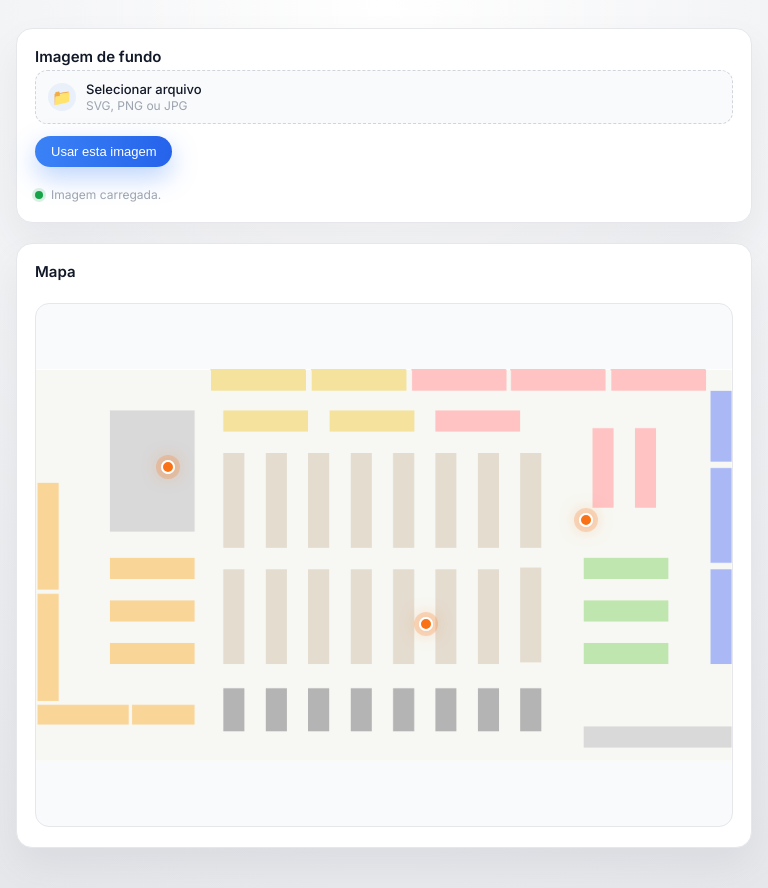
Repository: joaopanceri/mqtt-mapa-flask
Page: http://localhost/
An editor plug-in stored every save of this project. The page is shown before and after the next save, followed by the edit.
The browser window is 768 px wide. The pictures show the whole page.
The page is served by the project's application, run on Flask 3 (app.py).

Above is the page before, as saved 2025-11-20 15:19:53.

### templates/index.html
<!doctype html>
<html lang="pt-BR">
<head>
  <meta charset="utf-8">
  <title>Mapa</title>
  <meta name="viewport" content="width=device-width, initial-scale=1">

  <!-- Fonte moderna -->
  <link rel="preconnect" href="https://fonts.googleapis.com">
  <link rel="preconnect" href="https://fonts.gstatic.com" crossorigin>
  <link href="https://fonts.googleapis.com/css2?family=Inter:wght@400;500;600&display=swap" rel="stylesheet">

  <link rel="stylesheet" href="{{ url_for('static', filename='css/style.css') }}">
</head>
<body>
  <div class="app-shell">

    <main class="app-main">
      <!-- Barra de upload em cima do mapa -->
      <section class="card card-config">
        <h2 class="card-title">Imagem de fundo</h2>

        <form action="{{ url_for('index') }}" method="post" enctype="multipart/form-data"
              class="upload-form upload-form-inline">
          <label for="background" class="upload-label">
            <div class="upload-icon">📁</div>
            <div class="upload-texts">
              <span class="upload-label-title">Selecionar arquivo</span>
              <span class="upload-label-subtitle">SVG, PNG ou JPG</span>
            </div>
          </label>

          <input
            type="file"
            id="background"
            name="background"
            accept=".svg,.png,.jpg,.jpeg"
            required
          >

          <button type="submit" class="btn-primary">
            Usar esta imagem
          </button>

          <div class="current-image-info current-image-inline">
            {% if background_url %}
              <span class="dot dot-success"></span>
              <span>Imagem carregada.</span>
            {% else %}
              <span class="dot dot-muted"></span>
              <span>Nenhuma imagem.</span>
            {% endif %}
          </div>
        </form>
      </section>

      <!-- Mapa abaixo -->
      <section class="card card-map">
        <div class="card-header-row">
          <h2 class="card-title">Mapa</h2>
        </div>

        <div class="map-wrapper">
          <div class="map-container">
            {% if background_url %}
              <div class="map-background"
                   style="background-image: url('{{ background_url }}');">
              </div>
            {% else %}
              <div class="map-background placeholder">
                <div class="placeholder-content">
                  <div class="placeholder-icon">🗺️</div>
                  <p>Envie uma imagem acima para visualizar aqui.</p>
                </div>
              </div>
            {% endif %}

            <!-- Camada das antenas (exemplo visual) -->
            <div class="antennas-layer">
              <div class="antenna" style="left: 18%; top: 30%;"></div>
              <div class="antenna" style="left: 55%; top: 60%;"></div>
              <div class="antenna" style="left: 78%; top: 40%;"></div>
            </div>
          </div>
        </div>
      </section>
    </main>
  </div>
</body>
</html>

### app.py
import os
from flask import Flask, render_template, request, redirect, url_for
from werkzeug.utils import secure_filename

BASE_DIR = os.path.abspath(os.path.dirname(__file__))

app = Flask(__name__, static_folder="static", static_url_path="/static")

UPLOAD_FOLDER = os.path.join(BASE_DIR, "static", "uploads")
ALLOWED_EXTENSIONS = {"png", "jpg", "jpeg", "svg"}

os.makedirs(UPLOAD_FOLDER, exist_ok=True)
app.config["UPLOAD_FOLDER"] = UPLOAD_FOLDER
# Se quiser limitar tamanho depois, pode voltar com MAX_CONTENT_LENGTH


def allowed_file(filename: str) -> bool:
    return "." in filename and filename.rsplit(".", 1)[1].lower() in ALLOWED_EXTENSIONS


def get_current_background():
    """Retorna o arquivo mais recente na pasta uploads, se existir."""
    files = [
        f for f in os.listdir(UPLOAD_FOLDER)
        if os.path.isfile(os.path.join(UPLOAD_FOLDER, f))
    ]
    if not files:
        return None

    files = sorted(
        files,
        key=lambda f: os.path.getmtime(os.path.join(UPLOAD_FOLDER, f)),
        reverse=True,
    )
    return files[0]


@app.route("/", methods=["GET", "POST"])
def index():
    if request.method == "POST":
        file = request.files.get("background")

        # Nenhum arquivo selecionado
        if file is None or file.filename == "":
            return redirect(url_for("index"))

        if allowed_file(file.filename):
            # Sempre sobrescreve com um nome padrão (facilita debugging)
            ext = file.filename.rsplit(".", 1)[1].lower()
            filename = secure_filename(f"background.{ext}")
            save_path = os.path.join(app.config["UPLOAD_FOLDER"], filename)
            file.save(save_path)

        return redirect(url_for("index"))

    current_bg = get_current_background()
    background_url = (
        url_for("static", filename=f"uploads/{current_bg}") if current_bg else None
    )

    return render_template("index.html", background_url=background_url)


if __name__ == "__main__":
    app.run(debug=True)

### static/css/style.css
:root {
  --bg-body: #f3f4f6;
  --bg-card: #ffffff;
  --border-subtle: #e5e7eb;
  --border-strong: #d1d5db;
  --accent: #3b82f6;
  --accent-soft: rgba(59, 130, 246, 0.08);
  --accent-strong: #2563eb;
  --text-main: #111827;
  --text-muted: #6b7280;
  --text-soft: #9ca3af;
  --success: #16a34a;
  --radius-lg: 16px;
  --radius-full: 999px;
  --shadow-soft: 0 18px 40px rgba(15, 23, 42, 0.06);
}

/* ===== Reset leve ===== */
*,
*::before,
*::after {
  box-sizing: border-box;
}

body {
  margin: 0;
  min-height: 100vh;
  font-family: "Inter", system-ui, -apple-system, BlinkMacSystemFont, "Segoe UI",
    sans-serif;
  background: radial-gradient(circle at top, #ffffff 0, #f3f4f6 40%, #e5e7eb 100%);
  color: var(--text-main);
}

/* ===== Shell geral do app ===== */
.app-shell {
  max-width: 1150px;
  margin: 0 auto;
  padding: 28px 16px 40px;
}

/* ===== Layout principal ===== */
.app-main {
  display: grid;
  grid-template-columns: minmax(0, 1.05fr) minmax(0, 1.7fr);
  gap: 20px;
}

/* Responsivo */
@media (max-width: 900px) {
  .app-main {
    grid-template-columns: 1fr;
  }
}

/* ===== Cards ===== */
.card {
  background: var(--bg-card);
  border-radius: var(--radius-lg);
  border: 1px solid var(--border-subtle);
  box-shadow: var(--shadow-soft);
  padding: 18px 18px 20px;
}

.card-title {
  margin: 0 0 4px;
  font-size: 15px;
  font-weight: 600;
}

.card-description {
  margin: 0 0 18px;
  font-size: 13px;
  color: var(--text-muted);
  line-height: 1.5;
}

.card-header-row {
  display: flex;
  justify-content: space-between;
  align-items: center;
  gap: 8px;
  margin-bottom: 12px;
}

/* ===== Upload ===== */
.upload-form {
  display: flex;
  flex-direction: column;
  gap: 12px;
}

/* Esconde o input nativo */
.upload-form input[type="file"] {
  display: none;
}

/* Área clicável estilizada */
.upload-label {
  border-radius: 12px;
  border: 1px dashed var(--border-strong);
  padding: 10px 12px;
  display: flex;
  align-items: center;
  gap: 10px;
  cursor: pointer;
  background: #f9fafb;
  transition: border-color 0.18s ease, background 0.18s ease,
    box-shadow 0.18s ease, transform 0.18s ease;
}

.upload-label:hover {
  border-color: var(--accent);
  background: #f3f4ff;
  box-shadow: 0 10px 24px rgba(148, 163, 184, 0.25);
  transform: translateY(-1px);
}

.upload-icon {
  width: 28px;
  height: 28px;
  border-radius: 999px;
  background: var(--accent-soft);
  display: flex;
  align-items: center;
  justify-content: center;
  font-size: 16px;
}

.upload-texts {
  display: flex;
  flex-direction: column;
  gap: 1px;
}

.upload-label-title {
  font-size: 13px;
  font-weight: 500;
  color: var(--text-main);
}

.upload-label-subtitle {
  font-size: 12px;
  color: var(--text-soft);
}

/* Botão primário */
.btn-primary {
  align-self: flex-start;
  padding: 8px 16px;
  border-radius: var(--radius-full);
  border: none;
  cursor: pointer;
  font-size: 13px;
  font-weight: 500;
  background: linear-gradient(90deg, var(--accent), var(--accent-strong));
  color: #ffffff;
  box-shadow: 0 10px 26px rgba(59, 130, 246, 0.35);
  transition: transform 0.14s ease, box-shadow 0.14s ease, filter 0.14s ease;
}

.btn-primary:hover {
  transform: translateY(-1px);
  box-shadow: 0 14px 32px rgba(59, 130, 246, 0.4);
  filter: brightness(1.03);
}

.btn-primary:active {
  transform: translateY(0);
  box-shadow: 0 8px 18px rgba(59, 130, 246, 0.35);
}

/* Info da imagem atual */
.current-image-info {
  margin-top: 8px;
  display: flex;
  align-items: center;
  gap: 8px;
  font-size: 12px;
  color: var(--text-soft);
}

.dot {
  width: 8px;
  height: 8px;
  border-radius: 999px;
}

.dot-success {
  background: var(--success);
  box-shadow: 0 0 0 3px rgba(22, 163, 74, 0.15);
}

.dot-muted {
  background: #d1d5db;
}

/* ===== Mapa ===== */
.card-map {
  display: flex;
  flex-direction: column;
}

.map-wrapper {
  margin-top: 6px;
}

.map-container {
  position: relative;
  width: 100%;
  aspect-ratio: 4 / 3;
  border-radius: 14px;
  overflow: hidden;
  border: 1px solid var(--border-subtle);
  background: #f9fafb;
}

/* Fundo da planta */
.map-background {
  position: absolute;
  inset: 0;
  background-size: contain;
  background-position: center;
  background-repeat: no-repeat;
}

.map-background.placeholder {
  display: flex;
  align-items: center;
  justify-content: center;
}

.placeholder-content {
  text-align: center;
  color: var(--text-muted);
  font-size: 13px;
}

.placeholder-icon {
  font-size: 26px;
  margin-bottom: 6px;
}

/* Camada das antenas */
.antennas-layer {
  position: absolute;
  inset: 0;
  pointer-events: none;
}

/* “Ícones” das antenas */
.antenna {
  position: absolute;
  width: 14px;
  height: 14px;
  border-radius: 999px;
  background: radial-gradient(circle at 30% 20%, #f97316, #f97316);
  border: 2px solid #ffffff;
  box-shadow:
    0 0 0 5px rgba(249, 115, 22, 0.22),
    0 0 18px rgba(248, 113, 22, 0.55);
}

/* Hint abaixo do mapa */
.map-hint {
  margin-top: 8px;
  font-size: 12px;
  color: var(--text-muted);
}

After the next save:
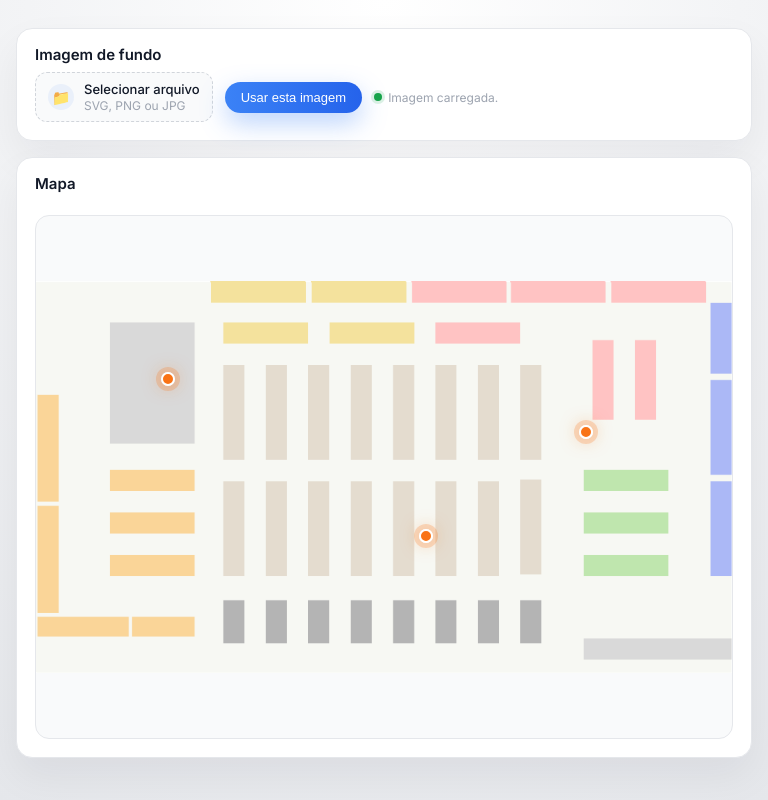
Saved 10 s later.
--- a/static/css/style.css
+++ b/static/css/style.css
@@ -39,17 +39,11 @@ body {
 }
 
 /* ===== Layout principal ===== */
+/* Agora tudo em coluna: upload em cima, mapa embaixo */
 .app-main {
-  display: grid;
-  grid-template-columns: minmax(0, 1.05fr) minmax(0, 1.7fr);
-  gap: 20px;
-}
-
-/* Responsivo */
-@media (max-width: 900px) {
-  .app-main {
-    grid-template-columns: 1fr;
-  }
+  display: flex;
+  flex-direction: column;
+  gap: 16px;
 }
 
 /* ===== Cards ===== */
@@ -58,34 +52,35 @@ body {
   border-radius: var(--radius-lg);
   border: 1px solid var(--border-subtle);
   box-shadow: var(--shadow-soft);
-  padding: 18px 18px 20px;
+  padding: 16px 18px 18px;
 }
 
 .card-title {
-  margin: 0 0 4px;
+  margin: 0 0 8px;
   font-size: 15px;
   font-weight: 600;
 }
 
-.card-description {
-  margin: 0 0 18px;
-  font-size: 13px;
-  color: var(--text-muted);
-  line-height: 1.5;
-}
-
 .card-header-row {
   display: flex;
   justify-content: space-between;
   align-items: center;
   gap: 8px;
-  margin-bottom: 12px;
+  margin-bottom: 10px;
 }
 
 /* ===== Upload ===== */
 .upload-form {
   display: flex;
   flex-direction: column;
+  gap: 10px;
+}
+
+/* Layout em linha: label, botão e status lado a lado */
+.upload-form-inline {
+  flex-direction: row;
+  align-items: center;
+  flex-wrap: wrap;
   gap: 12px;
 }
 
@@ -98,7 +93,7 @@ body {
 .upload-label {
   border-radius: 12px;
   border: 1px dashed var(--border-strong);
-  padding: 10px 12px;
+  padding: 8px 12px;
   display: flex;
   align-items: center;
   gap: 10px;
@@ -116,14 +111,14 @@ body {
 }
 
 .upload-icon {
-  width: 28px;
-  height: 28px;
+  width: 26px;
+  height: 26px;
   border-radius: 999px;
   background: var(--accent-soft);
   display: flex;
   align-items: center;
   justify-content: center;
-  font-size: 16px;
+  font-size: 15px;
 }
 
 .upload-texts {
@@ -145,7 +140,6 @@ body {
 
 /* Botão primário */
 .btn-primary {
-  align-self: flex-start;
   padding: 8px 16px;
   border-radius: var(--radius-full);
   border: none;
@@ -171,12 +165,16 @@ body {
 
 /* Info da imagem atual */
 .current-image-info {
-  margin-top: 8px;
-  display: flex;
-  align-items: center;
-  gap: 8px;
+  display: flex;
+  align-items: center;
+  gap: 6px;
   font-size: 12px;
   color: var(--text-soft);
+}
+
+/* versão inline (sem margem embaixo) */
+.current-image-inline {
+  margin-top: 0;
 }
 
 .dot {
@@ -201,7 +199,7 @@ body {
 }
 
 .map-wrapper {
-  margin-top: 6px;
+  margin-top: 4px;
 }
 
 .map-container {
@@ -259,10 +257,3 @@ body {
     0 0 0 5px rgba(249, 115, 22, 0.22),
     0 0 18px rgba(248, 113, 22, 0.55);
 }
-
-/* Hint abaixo do mapa */
-.map-hint {
-  margin-top: 8px;
-  font-size: 12px;
-  color: var(--text-muted);
-}
